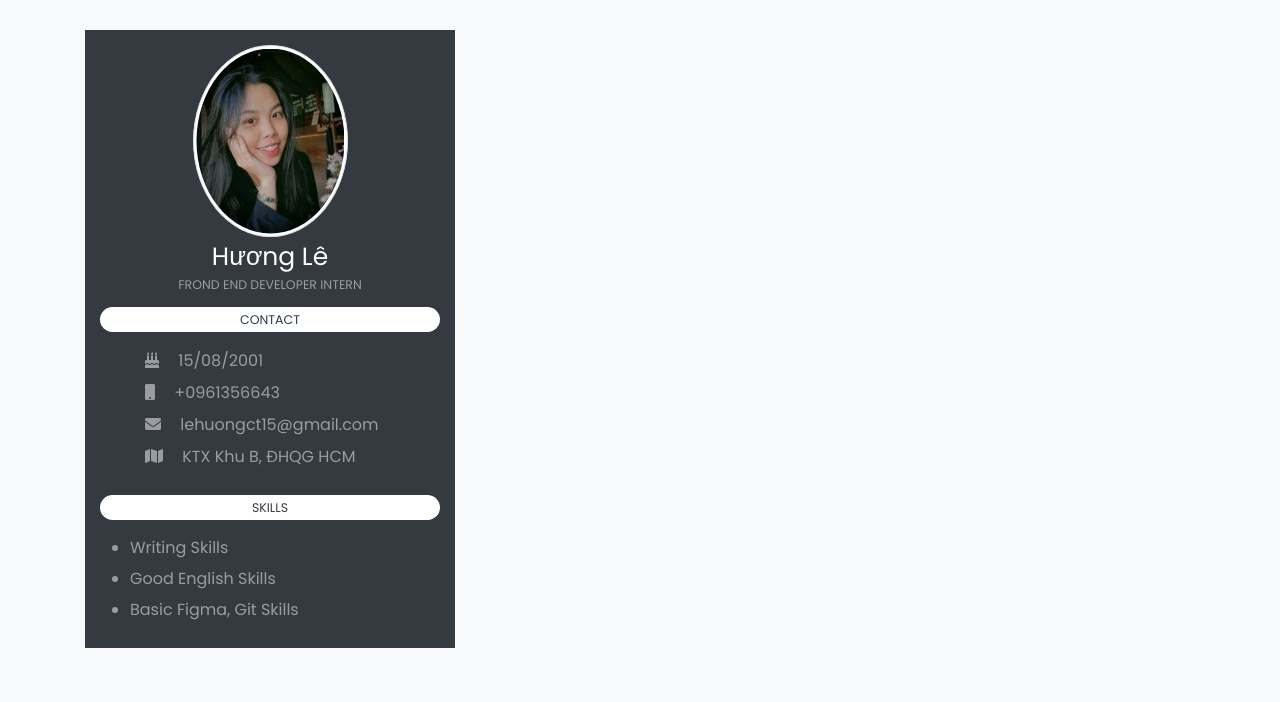
Repository: huongle158/cvhuongle
Page: index.html
The author's editor kept a copy of each file at every save. The page is drawn from the files as they stood at one save, then again after the next save.
The browser window is 1280 px wide. The pictures show the whole page.
Some web libraries are served in a nearby version.

Above is the page before, as saved 2021-12-12 23:36:10.

### index.html
<!DOCTYPE html>
<html lang="en">
  <head>
    <title>Resume</title>
    <link
      href="https://fonts.googleapis.com/css2?family=Poppins:wght@400;600&display=swap"
      rel="stylesheet"
    />
    <link rel="stylesheet" href="https://cdnjs.cloudflare.com/ajax/libs/font-awesome/5.10.0/css/all.min.css" integrity="sha512-PgQMlq+nqFLV4ylk1gwUOgm6CtIIXkKwaIHp/PAIWHzig/lKZSEGKEysh0TCVbHJXCLN7WetD8TFecIky75ZfQ==" crossorigin="anonymous" referrerpolicy="no-referrer" />
    <!-- Required meta tags -->
    <meta charset="utf-8" />
    <meta
      name="viewport"
      content="width=device-width, initial-scale=1, shrink-to-fit=no"
    />

    <!-- Bootstrap CSS -->
    <link
      rel="stylesheet"
      href="https://stackpath.bootstrapcdn.com/bootstrap/4.3.1/css/bootstrap.min.css"
      integrity="sha384-ggOyR0iXCbMQv3Xipma34MD+dH/1fQ784/j6cY/iJTQUOhcWr7x9JvoRxT2MZw1T"
      crossorigin="anonymous"
    />
    <link rel="stylesheet" href="./assets/css/style.css" />
  </head>
  <body class="bg-light">
    <div class="container p-5">
      <div class="row">

        <div class="col-lg-4 bg-dark text-white text-center py-4">
          <div class="header-left">
            <img
              src="./assets/img/188108614_380364193279457_3096500343222530064_n (1).jpg"
              alt=""
              class="img-thumbnail rounded-circle mb-2"
            />
            <h1 class="display-5">Hương Lê</h1>
            <h4 class="lead text-uppercase text-white-50 mb-4">
              Frond End Developer Intern
            </h4>
          </div>

          <div>
              <h5 class="text-uppercase bg-white text-dark py-2 rounded-pill mb-4" >contact</h5>
              <ul class="list-unstyled text-white-50 ml-5 py-2 text-left">
                  <li class="list-item mb-4">
                      <i class="fas fa-birthday-cake mx-4"></i>
                     15/08/2001
                  </li>
                  <li class="list-item mb-4">
                      <i class="fa fa-mobile mx-4"></i>
                      +0961356643
                  </li>
                  <li class="list-item mb-4">
                      <i class="fa fa-envelope mx-4"></i>
                      lehuongct15@gmail.com
                  </li>
                  <li class="list-item mb-4">
                      <i class="fa fa-map mx-4"></i>
                      KTX Khu B, ĐHQG HCM
                  </li>
              </ul>
          </div>
          <div>
              <h5 class="text-uppercase bg-white text-dark py-2 rounded-pill mb-4" >skills</h5>
              <ul class="list text-white-50 ml-5 py-2 text-left text-capitalize">
                <li class="list-item mb-4">Writing skills</li>
                <li class="list-item mb-4">Good English skills</li>
                <li class="list-item">Basic Figma, Git skills</li>
              </ul>
          </div>


        </div>

        <div class="col-lg-8 bg-light text-dark py-4 px-5"></div>
      </div>
    </div>

    <!-- Optional JavaScript -->
    <!-- jQuery first, then Popper.js, then Bootstrap JS -->
    <script
      src="https://code.jquery.com/jquery-3.3.1.slim.min.js"
      integrity="sha384-q8i/X+965DzO0rT7abK41JStQIAqVgRVzpbzo5smXKp4YfRvH+8abtTE1Pi6jizo"
      crossorigin="anonymous"
    ></script>
    <script
      src="https://cdnjs.cloudflare.com/ajax/libs/popper.js/1.14.7/umd/popper.min.js"
      integrity="sha384-UO2eT0CpHqdSJQ6hJty5KVphtPhzWj9WO1clHTMGa3JDZwrnQq4sF86dIHNDz0W1"
      crossorigin="anonymous"
    ></script>
    <script
      src="https://stackpath.bootstrapcdn.com/bootstrap/4.3.1/js/bootstrap.min.js"
      integrity="sha384-JjSmVgyd0p3pXB1rRibZUAYoIIy6OrQ6VrjIEaFf/nJGzIxFDsf4x0xIM+B07jRM"
      crossorigin="anonymous"
    ></script>
  </body>
</html>

### assets/css/style.css
html {
  box-sizing: border-box;
  font-family: 'Roboto', sans-serif;
}
* {
  margin: 0;
  padding: 0;
}
*,
*:before,
*:after {
  box-sizing: border-box;
}
input,
textarea,
select,
button {
  outline: none;
}
input {
  line-height: normal;
}
label,
button {
  cursor: pointer;
}
a {
  text-decoration: none;
}
img {
  display: block;
  max-width: 100%;
}
*,
*:before,
*:after {
  box-sizing: border-box;
}
/* using rem unit */
html {
  font-size: 62.5%;
}
a {
  text-decoration: none;
}
img {
  display: block;
  max-width: 100%;
}
body {
  font-family: "Poppins", sans-serif;
  font-size: 16px;
  line-height: 1;
}
/*  */
img.rounded-circle{
margin: 0 auto;
}

After the next save:
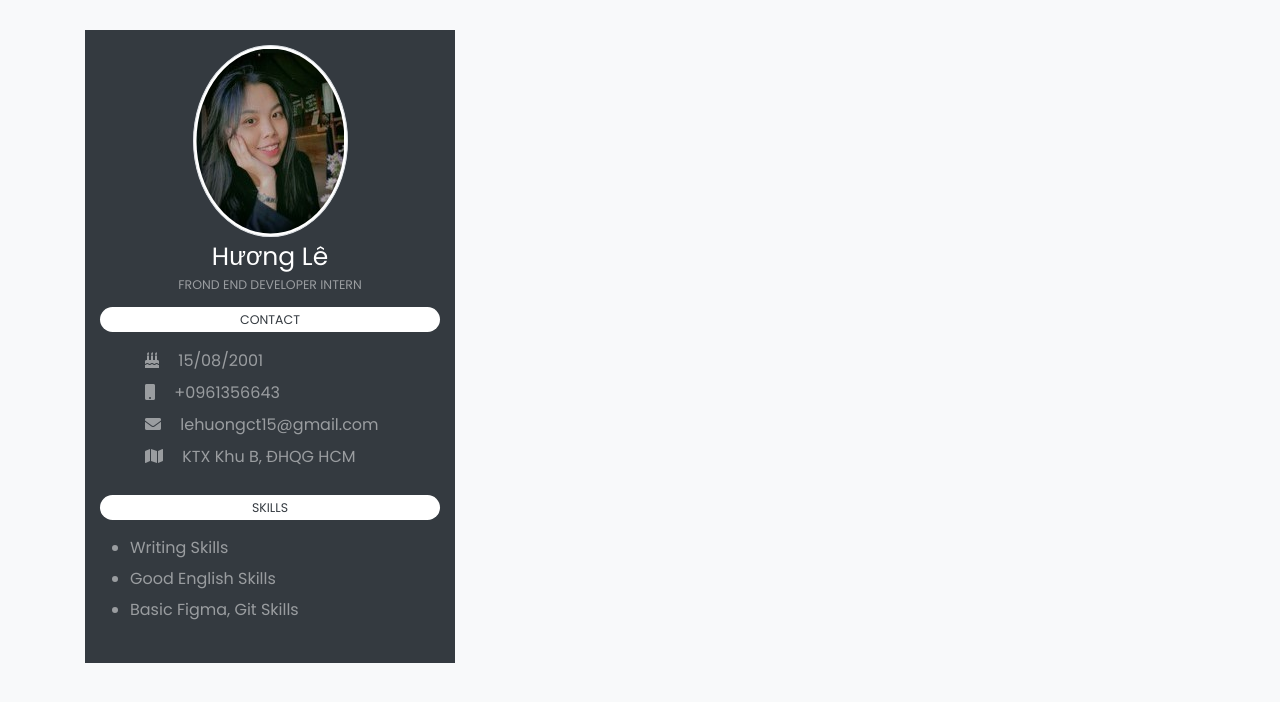
Saved 6 s later.
--- a/index.html
+++ b/index.html
@@ -66,7 +66,7 @@
               <ul class="list text-white-50 ml-5 py-2 text-left text-capitalize">
                 <li class="list-item mb-4">Writing skills</li>
                 <li class="list-item mb-4">Good English skills</li>
-                <li class="list-item">Basic Figma, Git skills</li>
+                <li class="list-item mb-4">Basic Figma, Git skills</li>
               </ul>
           </div>
 
